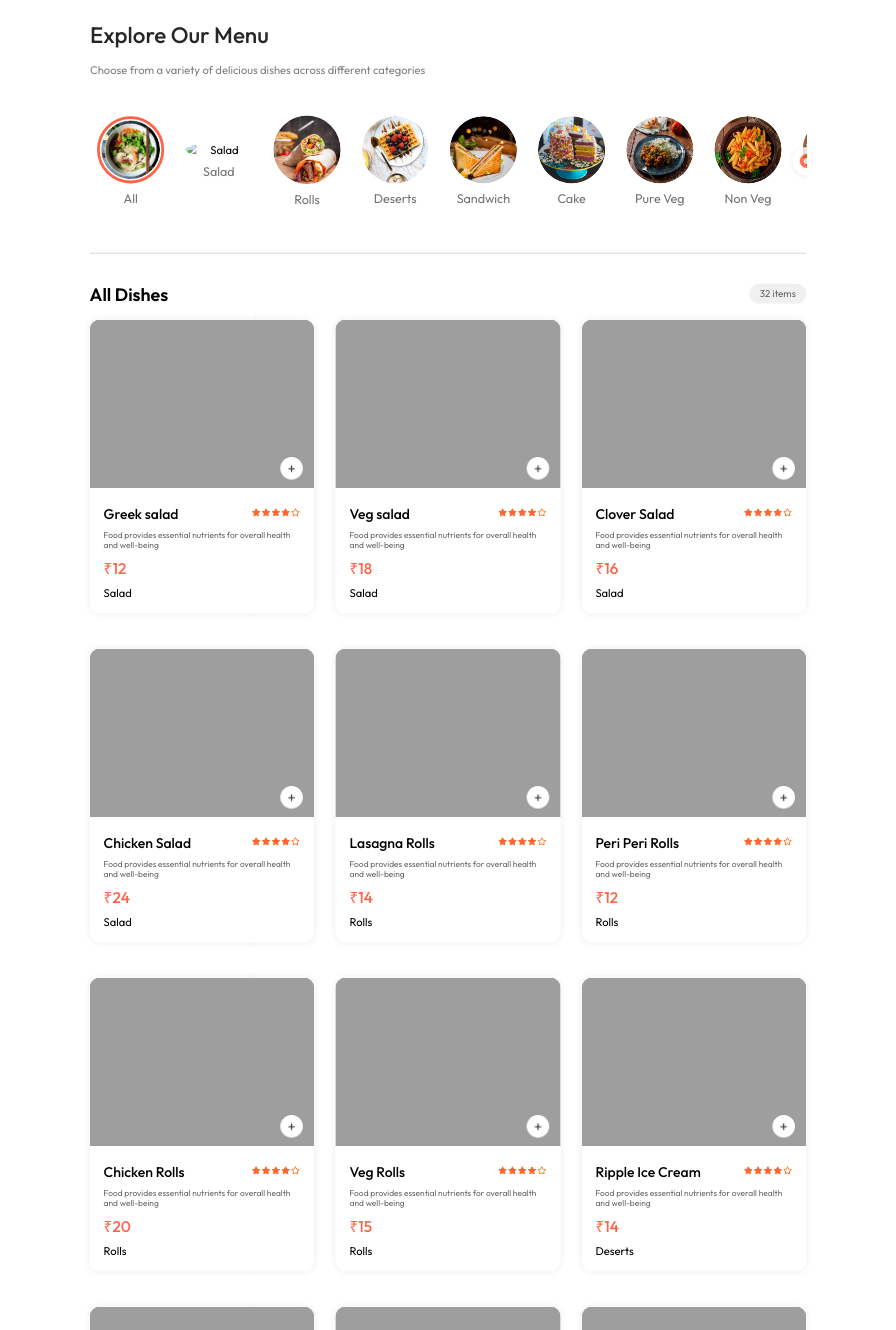
Repository: keyursanglikar/Hotel-Manangement
Page: / (app in frontend/)
These files come from the project's save history. The page is drawn as it stood at one moment and after a run of saves; the edit follows.
The browser window is 1280 px wide. The pictures show the part of the page from y = 609 to 2509 px (the page is 9373 px tall), at 70% of full size.
The page's requests for data from a server got no answer. The project was rebuilt for these pictures with package versions that can differ from the ones it lists, and the page was loaded fresh each time. No one was signed in, and anything a server would have sent is missing. Also part of the build but not shown: frontend/vite.config.js, frontend/src/pages/Cart/Cart.css, frontend/src/pages/Cart/Cart.jsx, frontend/src/pages/PlaceOrder/PlaceOrder.jsx, frontend/src/components/LoginPopup/LoginPopup.css, frontend/src/components/LoginPopup/LoginPopup.jsx, frontend/src/pages/Verify/Verify.css, frontend/src/pages/Verify/Verify.jsx and 2 more.

Above is the page before, as saved 2025-12-04 23:21:48.

### frontend/index.html
<!doctype html>
<html lang="en">
  <head>
    <meta charset="UTF-8" />
    <link rel="icon" type="image/svg+xml" href="/logo.png" />
    <meta name="viewport" content="width=device-width, initial-scale=1.0" />
    <title>Hotel Shree</title>
  </head>
  <body>
    <div id="root"></div>
    <script type="module" src="/src/main.jsx"></script>
  </body>
</html>

### frontend/src/components/Navbar/Navbar.jsx
import React, { useContext, useState } from 'react'
import './Navbar.css'
import { assets } from './../../assets/assets';
import {Link, useNavigate} from 'react-router-dom'
import { StoreContext } from './../context/StoreContext';

const Navbar = ({setShowLogin}) => {

  const [menu, setMenu] = useState('home');

  const {getTotalCartAmount, token, setToken} = useContext(StoreContext);

  const navigate = useNavigate();

  const logout = () =>{
    localStorage.removeItem("token");
    setToken("");
    navigate("/")
  }

  return (
    <div className='navbar'>
       <Link to='/'> <img src={assets.logo} alt="" className='logo' /> </Link>
        <ul className="navbar-menu">
            <Link to='/' onClick={()=> setMenu('home')} className={menu === 'home'?'active':''}>home</Link>
            <a href='#explore-menu' onClick={()=> setMenu('menu')} className={menu === 'menu'?'active':''}>menu</a>
            {/* <a href='#app-download' onClick={()=> setMenu('mobile-app')} className={menu === 'mobile-app'?'active':''}>mobile-app</a> */}
            <a href='#footer' onClick={()=> setMenu('contact-us')} className={menu === 'contact-us'?'active':''}>contact us</a>
        </ul>
        <div className="navbar-right">
            <img src={assets.search_icon} alt="" />
            <div className="navbar-search-icon">
                <Link to='/cart'><img src={assets.basket_icon} alt="" /></Link>
                <div className={getTotalCartAmount()===0?'':'dot'}></div>
            </div>
            {!token?<button onClick={()=> setShowLogin(true)}>sign in</button>
            :<div className='navbar-profile'>
              <img src={assets.profile_icon} alt="" />
              <ul className="nav-profile-dropdown">
                <li onClick={()=> navigate('/myorders')}><img src={assets.bag_icon} alt="" /><p>Orders</p></li>
                <hr />
                <li onClick={logout}><img src={assets.logout_icon} alt="" /><p>Logout</p></li>
              </ul>
            </div>
            }
              </div>
    </div>
  )
}

export default Navbar

### frontend/src/pages/Home/Home.jsx
import React, { useState } from 'react'
import './Home.css'
import Header from '../../components/Header/Header'
import ExploreMenu from '../../components/ExploreMenu/ExploreMenu'
import FoodDisplay from '../../components/FoodDisplay/FoodDisplay'
import RestaurantGallery from '../../components/AppDownload/RestaurantGallery'


const Home = () => {

  const [category, setCategory] = useState('All')
  return (
    <div>
      <Header/>
      <ExploreMenu category={category} setCategory={setCategory}/>
      <FoodDisplay category={category}/>
   <RestaurantGallery/>
    </div>
  )
}

export default Home

### frontend/src/components/Footer/Footer.jsx
import React from 'react'
import './Footer.css'
import { assets } from '../../assets/assets'

const Footer = () => {
  return (
    <div className='footer' id='footer'>
        <div className="footer-content">
            <div className="footer-content-left">
                <img src={assets.logo} alt=""  className='logo-footer'/>
                <p>Discover the taste you’ve been craving! Enjoy freshly prepared dishes crafted with quality ingredients, bursting with flavours that make every bite unforgettable.</p>
                <div className="footer-social-icons">
                    <img src={assets.facebook_icon} alt="" />
                    <img src={assets.twitter_icon} alt="" />
                    <img src={assets.linkedin_icon} alt="" />
                </div>
            </div>
            <div className="footer-content-center">
                <h2>Hotel Shree</h2>
                <ul>
                    <li>Home</li>
                    <li>About us</li>
                    <li>Delivery</li>
                    <li>Privacy Policy</li>
                </ul>
            </div>
            <div className="footer-content-right">
                <h2>GET IN TOUCH</h2>
                <ul>
                    <li>Sr No- 36/14 A, beside NEXA Showroom, Yashodha Nagar, Godoli
Satara, Maharashtra 415001
India</li>
                    <li>09845270115</li>
                </ul>
            </div>

        </div>
        <hr />
        <p className="footer-copyright">
            Copyright 2025 &copy; Hotel Shree- All Right Reserved.
        </p>
    </div>
  )
}

export default Footer

### frontend/src/components/Navbar/Navbar.css
.navbar{
    padding: 20px 120px;
    display: flex;
    justify-content: space-between;
    align-items: center;

    width: 100%;
}

.navbar .logo{
    width: 100px;


}

.navbar-menu{
    display: flex;
    list-style: none;
    gap: 20px;
    color: #49557e;
    font-size: 18px;
}

.navbar-right{
    display: flex;
    align-items: center;
    gap: 40px;
}

.navbar button{
    background: transparent;
    font-size: 16px;
    color: #49557e;
    border: 1px solid tomato;
    padding: 10px 30px;
    border-radius: 50px;
    cursor: pointer;
    transition: .3s;
}

.navbar button:hover {
background-color: #fff4f2;
}

.navbar .active{
    padding-bottom: 2px;
    border-bottom: 2px solid #49557e;
}

.navbar li{
    cursor: pointer;
}

.navbar-search-icon{
    position: relative;
}

.navbar-search-icon .dot{
    position: absolute;
    min-width: 10px;
    min-height: 10px;
    background-color: tomato;
    border-radius: 5px;
    top: -8px;
    right: -8px;
}

.navbar-profile{
  position: relative;
}

.nav-profile-dropdown{
    position: absolute;
    display: none;
    right: 0;
    z-index: 1;
}

.navbar-profile:hover .nav-profile-dropdown{
    display: flex;
    flex-direction: column;
    gap: 10px;
    background-color: #fff2ef;
    padding: 12px 25px;
    border-radius: 4px;
    border: 1px solid tomato;
    outline: 2px solid;
    list-style: none;
}

.nav-profile-dropdown img{
    width: 20px;
}

.nav-profile-dropdown li:hover{
    color: tomato;
}

.nav-profile-dropdown li{
    display: flex;
    align-items: center;
    gap: 10px;
    cursor: pointer;
}
@media (max-width:1050px){
    .navbar .logo{
        width: 40px;
    }

    .navbar-menu{
        gap: 20px;
        font-size: 17px;
    }

    .navbar-right{
        gap: 30px;
    }

    .navbar-right img{
        width: 22px;
    }

    .navbar-right button{
        padding: 8px 25px;
    }
}

@media (max-width:900px){
    .navbar .logo{
        width: 40px;
    }

    .navbar-menu{
        gap: 15px;
        font-size: 16px;
    }

    .navbar-right{
        gap: 20px;
    }

    .navbar-right img{
        width: 20px;
    }

    .navbar-right button{
        padding: 7px 20px;
        font-size: 15px;
    }
}

@media (max-width:750px){
    .navbar-menu{
        display: none;
    }
}

### frontend/src/components/Header/Header.jsx
import React from 'react'
import './Header.css'

const Header = () => {
  return (
    <div className='header'>
        <div className="header-contents">
            <h2>Order your favourite food here</h2>
            <p>Discover the taste you’ve been craving! Enjoy freshly prepared dishes crafted with quality ingredients, bursting with flavours that make every bite unforgettable.</p>
            <button>View Menu</button>
        </div>
    </div>
  )
}

export default Header

### frontend/src/components/ExploreMenu/ExploreMenu.jsx
// import React from 'react'
// import './ExploreMenu.css'
// import { menu_list } from '../../assets/assets'

// const ExploreMenu = ({category, setCategory}) => {

//   return (
//     <div className='explore-menu' id='explore-menu'>
//         <h1>Explore Our Menu</h1>
//         <p className='explore-menu=text'>Lorem ipsum dolor sit amet consectetur adipisicing elit. Nulla, exercitationem excepturi temporibus obcaecati voluptas vitae?</p>
//         <div className="explore-menu-list">
//             {menu_list.map((item,index)=>{
//                 return (
//                     <div onClick={()=>setCategory(prev=> prev === item.menu_name ? 'All' : item.menu_name)} key={index} className="explore-menu-list-item">
//                         <img className={category===item.menu_name?'active':''} src={item.menu_image} alt="" />
//                         <p>{item.menu_name}</p>
//                     </div>
//                 )
//             })}
//         </div>
//         <hr/>
//     </div>
//   )
// }

// export default ExploreMenu



// frontend/src/components/ExploreMenu/ExploreMenu.jsx
import React, { useRef, useState } from 'react'
import './ExploreMenu.css'
import { menu_list } from '../../assets/assets'
import { assets } from '../../assets/assets'

const ExploreMenu = ({ category, setCategory }) => {
  const scrollContainerRef = useRef(null)
  const [showPrevArrow, setShowPrevArrow] = useState(false)
  const [showNextArrow, setShowNextArrow] = useState(true)

  // Define all available categories
  const allCategories = [
    "All",
    "Salad ",
    "Rolls",
    "Deserts",
    "Sandwich",
    "Cake",
    "Pure Veg",
    "Non Veg",
    "Pasta",
    "Noodles",
    "Beverages"
  ]

  const scrollLeft = () => {
    if (scrollContainerRef.current) {
      scrollContainerRef.current.scrollBy({
        left: -200,
        behavior: 'smooth'
      })
    }
  }

  const scrollRight = () => {
    if (scrollContainerRef.current) {
      scrollContainerRef.current.scrollBy({
        left: 200,
        behavior: 'smooth'
      })
    }
  }

  const handleScroll = () => {
    if (scrollContainerRef.current) {
      const { scrollLeft, scrollWidth, clientWidth } = scrollContainerRef.current
      setShowPrevArrow(scrollLeft > 0)
      setShowNextArrow(scrollLeft < scrollWidth - clientWidth - 10)
    }
  }

  // Get category image
  const getCategoryImage = (cat) => {
    if (cat === "All") return menu_list[0]?.menu_image || assets.menu_1
    const menuItem = menu_list.find(item => item.menu_name === cat)
    return menuItem ? menuItem.menu_image : assets.menu_1
  }

  return (
    <div className='explore-menu' id='explore-menu'>
      <h1>Explore Our Menu</h1>
      <p className='explore-menu-text'>Choose from a variety of delicious dishes across different categories</p>

      <div className="explore-menu-container">
        {showPrevArrow && (
          <button className="explore-menu-nav prev" onClick={scrollLeft}>
            <img src={assets.selector_icon} alt="Previous" style={{ transform: 'rotate(180deg)' }} />
          </button>
        )}

        <div
          className="explore-menu-list"
          ref={scrollContainerRef}
          onScroll={handleScroll}
        >
          {allCategories.map((cat, index) => (
            <div
              onClick={() => setCategory(cat)}
              key={index}
              className="explore-menu-list-item"
              title={cat}
            >
              <img
                className={category === cat ? 'active' : ''}
                src={getCategoryImage(cat)}
                alt={cat}
              />
              <p>{cat}</p>
            </div>
          ))}
        </div>

        {showNextArrow && (
          <button className="explore-menu-nav next" onClick={scrollRight}>
            <img src={assets.selector_icon} alt="Next" />
          </button>
        )}
      </div>

      <hr />
    </div>
  )
}

export default ExploreMenu

### frontend/src/components/Footer/Footer.css
.footer{
    color: #d9d9d9;
    background-color: #323232;
    display: flex;
    flex-direction: column;
    align-items: center;
    gap: 20px;
    padding: 20px 8vw;
    padding-top: 80px;
    margin-top: 100px;
}

.footer-content{
    width: 100%;
    display: grid;
    grid-template-columns: 2fr 1fr 1fr;
    gap: 80px;
}

.footer-content-left, .footer-content-right, .footer-content-center{
    display: flex;
    flex-direction: column;
    align-items: start;
    gap: 20px;
}

.footer-content-left li, .footer-content-right li, .footer-content-center li{
    list-style: none;
    margin-bottom: 10px;
    cursor: pointer;
}

 .footer-content-right h2, .footer-content-center h2{
   color: white;
}

.logo-footer{
    width: 100px;

}
.footer-social-icons img{
    width: 40px;
    margin-right: 15px;
}

.footer hr{
    width: 100%;
    height: 2px;
    margin: 20px 0;
    background-color: gray;
    border: none;
}

@media (max-width:750px){
    .footer-content{
        display: flex;
        flex-direction: column;
        gap: 35px;
    }

    .footer-copyright{
        text-align: center;
    }
}

### frontend/src/components/Header/Header.css
.header{
    height: 34vw;
    margin: 30px auto;
    background: url('/header_img.png') no-repeat;
    background-size: contain;
    position: relative;
}

.header-contents{
    position: absolute;
    display: flex;
    flex-direction: column;
    align-items: start;
    gap: 1.5vw;
    max-width: 50%;
    bottom: 10%;
    left: 6vw;
    animation: fadeIn 3s;
}

.header-contents h2{
    font-weight: 500;
    color: white;
    font-size:max(4.5vw, 22px);
}

.header-contents p {
    color: white;
    font-size: 1vw;
}

.header-contents button{
    border: none;
    color: #747474;
    font-weight: 500;
    padding: 1vw 2.3vw;
    background-color: white;
    font-size: max(1vw,13px);
    border-radius: 50px;
}

@media (max-width:1050px){
.header-contents{
    max-width: 45%;
}
}

@media (max-width:750px){

    .header-contents{
        max-width: 65%;
    }

    .header-contents p {
        display: none;
    }

    .header-contents button{
        padding: 2vw 4vw;
    }
}

### frontend/src/components/ExploreMenu/ExploreMenu.css
/* .explore-menu{
    display: flex;
    flex-direction: column;
    gap: 28px;
}

.explore-menu h1{
    color: #262626;
    font-weight: 500;
}

.explore-menu-text{
    max-width: 60%;
    color: #808080;
}

.explore-menu-list{
    display: flex;
    justify-content: space-between;
    align-items: center;
    gap: 30px;
    text-align: center;
    margin: 20px 0px;
    overflow: scroll;
}

.explore-menu-list::-webkit-scrollbar{
    display: none;
}

.explore-menu-list-item img{
    width: 7.5vw;
    min-width: 80px;
    cursor: pointer;
    border-radius: 50%;
    transition: 0.2s;
}

.explore-menu-list-item p{
    margin-top: 10px;
    color: #747474;
    font-size: max(1.4vw,16px);
    cursor: pointer;
}

.explore-menu hr{
    margin: 10px 0px;
    height: 2px;
    background-color: #e2e2e2;
    border: none;
}

.explore-menu-list-item .active{
    border: 4px solid tomato;
    padding: 2px;
}

@media (max-width:1050px){
    .explore-menu-text{
        max-width: 100%;
        font-size: 14px;
    }
} */

/* frontend/src/components/ExploreMenu/ExploreMenu.css */
.explore-menu {
    display: flex;
    flex-direction: column;
    gap: 20px;
    overflow-y: auto;
}

.explore-menu h1 {
    color: #262626;
    font-weight: 500;
}

.explore-menu-text {
    max-width: 60%;
    color: #808080;
}

.explore-menu-list {
    display: flex;
    justify-content: flex-start; /* Changed from space-between */
    align-items: center;
    gap: 30px;
    text-align: center;
    margin: 20px 0px;
    /* overflow-x: auto; */
    padding: 15px 10px;
    /* scroll-behavior: smooth; */
}

/* Custom scrollbar styling */
.explore-menu-list::-webkit-scrollbar {
    height: 8px;
    display: block;
}

.explore-menu-list::-webkit-scrollbar-track {
    background: #f1f1f1;
    border-radius: 10px;
}

.explore-menu-list::-webkit-scrollbar-thumb {
    background: #888;
    border-radius: 10px;
    transition: background 0.3s;
}

.explore-menu-list::-webkit-scrollbar-thumb:hover {
    background: #555;
}

/* For Firefox */
.explore-menu-list {
    scrollbar-width: thin;
    scrollbar-color: #888 #f1f1f1;
}

/* Navigation arrows */
.explore-menu-container {
    position: relative;
}

.explore-menu-nav {
    position: absolute;
    top: 50%;
    transform: translateY(-50%);
    background: white;
    border: none;
    width: 40px;
    height: 40px;
    border-radius: 50%;
    display: flex;
    align-items: center;
    justify-content: center;
    cursor: pointer;
    box-shadow: 0 2px 10px rgba(0, 0, 0, 0.1);
    z-index: 10;
    opacity: 0.8;
    transition: all 0.3s;
}

.explore-menu-nav:hover {
    opacity: 1;
    box-shadow: 0 4px 15px rgba(0, 0, 0, 0.2);
}

.explore-menu-nav.prev {
    left: -20px;
}

.explore-menu-nav.next {
    right: -20px;
}

.explore-menu-nav img {
    width: 20px;
    height: 20px;
}

.explore-menu-nav:disabled {
    opacity: 0.3;
    cursor: not-allowed;
}

.explore-menu-list-item {
    display: flex;
    flex-direction: column;
    align-items: center;
    cursor: pointer;
    min-width: 90px;
    flex-shrink: 0; /* Prevent items from shrinking */
    transition: all 0.3s;
}

.explore-menu-list-item:hover {
    transform: translateY(-5px);
}

.explore-menu-list-item img {
    width: 7.5vw;
    min-width: 80px;
    cursor: pointer;
    border-radius: 50%;
    transition: 0.2s;
}

.explore-menu-list-item p {
    margin-top: 10px;
    color: #747474;
    font-size: max(1.4vw, 16px);
    cursor: pointer;
    white-space: nowrap; /* Prevent text wrapping */
}

.explore-menu-list-item .active {
    border: 4px solid tomato;
    padding: 2px;
}

.explore-menu hr {
    margin: 10px 0px;
    height: 2px;
    background-color: #e2e2e2;
    border: none;
}

/* Scroll indicator dots */
.explore-menu-scroll-indicator {
    display: flex;
    justify-content: center;
    gap: 8px;
    margin-top: 10px;
}

.scroll-dot {
    width: 8px;
    height: 8px;
    border-radius: 50%;
    background: #ddd;
    cursor: pointer;
    transition: all 0.3s;
}

.scroll-dot.active {
    background: tomato;
    transform: scale(1.2);
}

.scroll-dot:hover {
    background: #bbb;
}

/* Responsive design */
@media (max-width: 1050px) {
    .explore-menu-text {
        max-width: 100%;
        font-size: 14px;
    }

    .explore-menu-list {
        gap: 20px;
        padding: 12px 8px;
    }

    .explore-menu-list-item img {
        width: 9vw;
    }

    .explore-menu-list-item p {
        font-size: 14px;
    }

    .explore-menu-nav {
        width: 35px;
        height: 35px;
    }

    .explore-menu-nav.prev {
        left: -15px;
    }

    .explore-menu-nav.next {
        right: -15px;
    }
}

@media (max-width: 750px) {
    .explore-menu-list {
        gap: 15px;
        padding: 10px 5px;
    }

    .explore-menu-list-item {
        min-width: 70px;
    }

    .explore-menu-list-item img {
        width: 11vw;
        min-width: 60px;
    }

    .explore-menu-list-item p {
        font-size: 12px;
    }

    .explore-menu-nav {
        display: none; /* Hide arrows on mobile */
    }

    .explore-menu-list::-webkit-scrollbar {
        height: 6px;
    }
}

@media (max-width: 480px) {
    .explore-menu-list {
        gap: 10px;
    }

    .explore-menu-list-item {
        min-width: 60px;
    }

    .explore-menu-list-item img {
        min-width: 50px;
    }

    .explore-menu-list-item p {
        font-size: 11px;
    }
}

### frontend/src/components/FoodDisplay/FoodDisplay.css
/* .food-display{
    margin-top: 30px;
}

.food-display h2{
    font-size: max(2vw,24px);
    font-weight: 600;
}

.food-display-list{
    display: grid;
    grid-template-columns: repeat(auto-fill, minmax(240px,1fr));
    margin-top: 30px;
    gap: 30px;
    row-gap: 50px;
} */






/* frontend/src/components/FoodDisplay/FoodDisplay.css */
.food-display {
    margin-top: 30px;
}

.food-display-header {
    display: flex;
    justify-content: space-between;
    align-items: center;
    margin-bottom: 20px;
}

.food-display h3 {
    font-size: max(2vw, 24px);
    font-weight: 600;
}

.category-counter {
    background-color: #f0f0f0;
    padding: 5px 15px;
    border-radius: 20px;
    font-size: 14px;
    color: #666;
}

.food-display-list {
    display: grid;
    grid-template-columns: repeat(auto-fill, minmax(240px, 1fr));
    gap: 30px;
    row-gap: 50px;
}

.no-food-message {
    grid-column: 1 / -1;
    text-align: center;
    padding: 40px;
    color: #777;
    font-size: 18px;
    background-color: #f9f9f9;
    border-radius: 10px;
    margin: 20px 0;
}

.sub-message {
    font-size: 14px;
    color: #999;
    margin-top: 10px;
}

@media (max-width: 750px) {
    .food-display-list {
        grid-template-columns: repeat(auto-fill, minmax(200px, 1fr));
        gap: 20px;
        row-gap: 40px;
    }

    .food-display h3 {
        font-size: 20px;
    }
}

@media (max-width: 500px) {
    .food-display-list {
        grid-template-columns: repeat(auto-fill, minmax(150px, 1fr));
        gap: 15px;
        row-gap: 30px;
    }

    .food-display-header {
        flex-direction: column;
        align-items: flex-start;
        gap: 10px;
    }

    .category-counter {
        align-self: flex-start;
    }
}

### frontend/src/components/FoodItem/FoodItem.css
.food-item{
    width: 100%;
    margin: auto;
    border-radius: 15px;
    box-shadow: 0px 0px 10px #00000015;
    transition: 0.3s;
    animation: fadeIn 1s;
}

.food-item-image{
    width: 100%;
    border-radius: 15px 15px 0px 0px;
}

.food-item-info{
    padding: 20px;
}

.food-item-name-rating{
    display: flex;
    justify-content: space-between;
    align-items: center;
    margin-bottom: 10px;
}

.food-item-name-rating p {
    font-size: 20px;
    font-weight: 500;
}

.food-item-name-rating img{
    width: 70px;
}

.food-item-desc{
    color: #676767;
    font-size: 12px;
}

.food-item-price{
    color: tomato;
    font-size: 22px;
    font-weight: 500;
    margin: 10px 0px;
}

.food-item-img-container{
    position: relative;
}

.food-item-img-container .add{
    width: 35px;
    position: absolute;
    bottom: 15px;
    right: 15px;
    cursor: pointer;
    border-radius: 50%;
}

.food-item-counter{
    position: absolute;
    bottom: 15px;
    right: 15px;
    display: flex;
    align-items: center;
    gap: 10px;
    padding: 6px;
    border-radius: 50px;
    background-color: white;
}

.food-item-counter img{
    width: 30px;
}

Loaded but not shown: frontend/src/main.jsx (common file); frontend/src/App.jsx (common file); frontend/src/index.css (common file); frontend/src/assets/assets.js (775 lines, source omitted); frontend/src/components/AppDownload/RestaurantGallery.jsx (872 lines, source omitted); frontend/src/components/context/StoreContext.jsx (441 lines, source omitted); frontend/src/pages/PlaceOrder/PlaceOrder.css (782 lines, source omitted); frontend/src/components/FoodDisplay/FoodDisplay.jsx (245 lines, source omitted); frontend/src/components/AppDownload/RestaurantGallery.css (502 lines, source omitted); frontend/src/components/FoodItem/FoodItem.jsx (181 lines, source omitted); frontend/src/pages/Home/Home.css (no stored copy; drawn as an empty file)

After the next 2 saves:
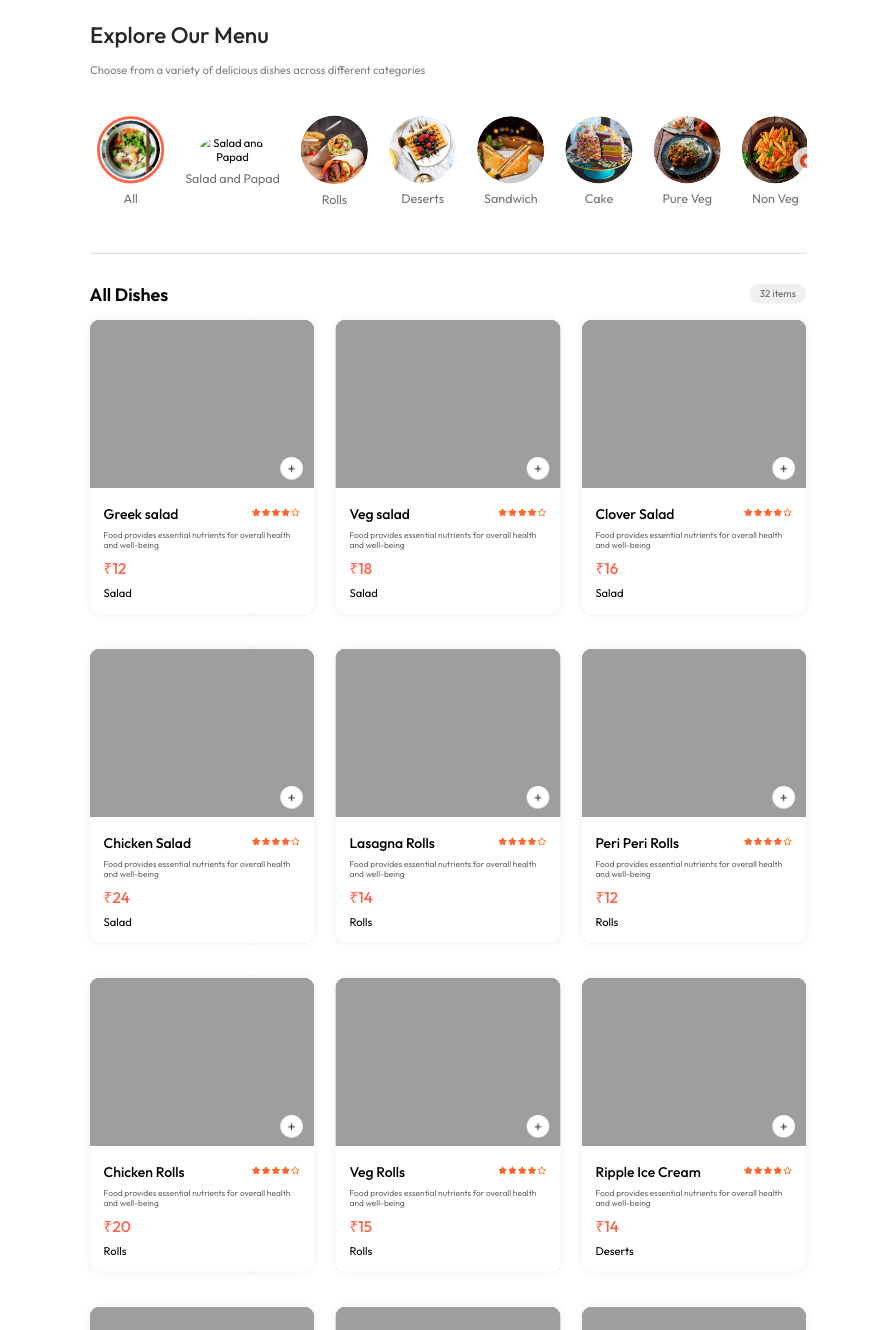
The 2 saves are shown as one change because they came seconds apart.
The last was saved 9 s later.
--- a/frontend/src/components/ExploreMenu/ExploreMenu.jsx
+++ b/frontend/src/components/ExploreMenu/ExploreMenu.jsx
@@ -41,7 +41,7 @@ const ExploreMenu = ({ category, setCategory }) => {
   // Define all available categories
   const allCategories = [
     "All",
-    "Salad ",
+    "Salad and Papad",
     "Rolls",
     "Deserts",
     "Sandwich",
